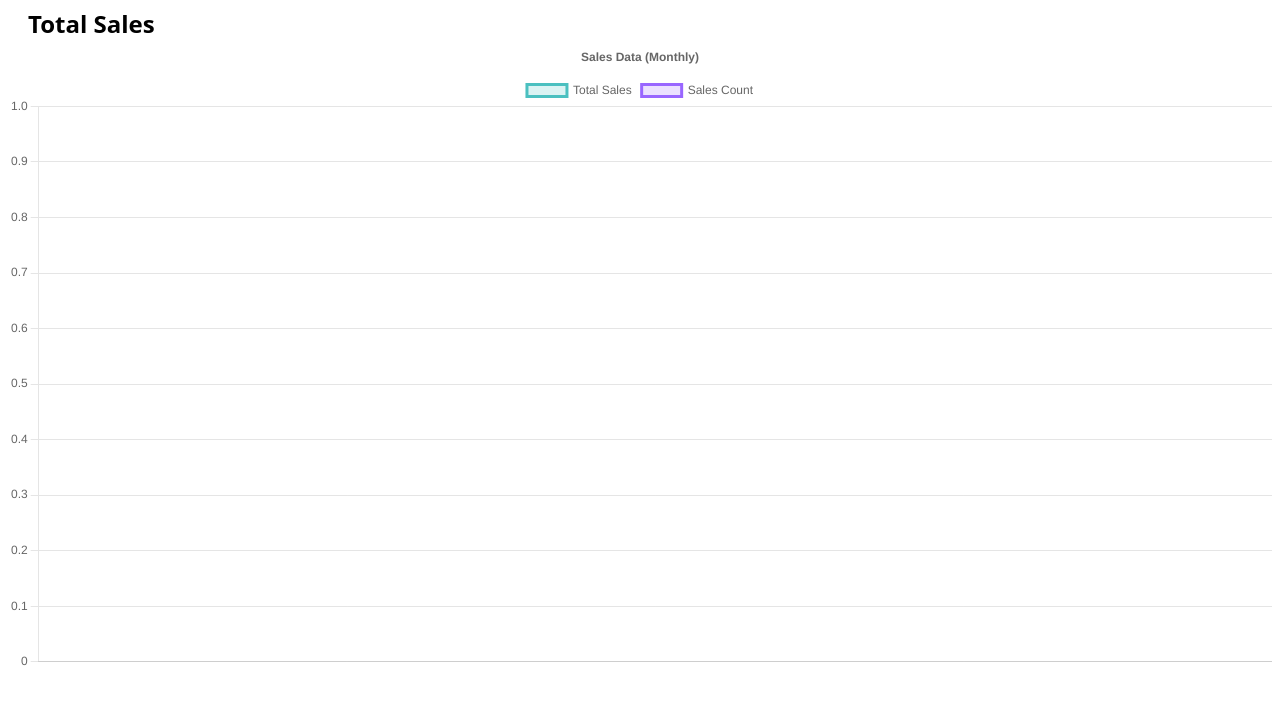
Repository: Qu4ntumGuy/visualize-it
Page: / (app in frontend/)
The author's editor kept a copy of each file at every save. The page is drawn from the files as they stood at one save, then again after a run of saves.
The browser window is 1280 px wide. The pictures show the whole page.
The page's requests for data from a server got no answer. The project was rebuilt for these pictures with package versions that can differ from the ones it lists, and the page was loaded fresh each time. No one was signed in, and anything a server would have sent is missing.

Above is the page before, as saved 2024-08-19 14:24:52.

### frontend/src/App.js
import axios from "axios";
import TotalSales from "./Components/TotalSales";
import { useEffect, useState } from "react";

function App() {
  const [data, setData] = useState([]);
  const [dataType, setDataType] = useState("monthly");

  const fetchSalesData = async () => {
    try {
      const response = await axios.get(
        "http://localhost:8000/api/monthlyTotalSales"
      );
      // console.log(response.data.data);
      setData(response.data.data);
    } catch (error) {
      console.error(error);
    }
  };

  useEffect(() => {
    fetchSalesData();
  }, []);

  return (
    <div className="h-screen overflow-hidden">
      <div className="h-screen overflow-y-auto p-2 max-w-7xl mx-auto">
        <div className=" text-2xl font-semibold ml-5">Total Sales</div>
        <TotalSales dataType={dataType} fetchedData={data} />
        <div></div>
      </div>
    </div>
  );
}

export default App;

### frontend/src/Components/TotalSales.js
import React from "react";
import { Line } from "react-chartjs-2";
import {
  Chart as ChartJS,
  CategoryScale,
  LinearScale,
  PointElement,
  LineElement,
  Title,
  Tooltip,
  Legend,
} from "chart.js";

// Register the necessary components with Chart.js
ChartJS.register(
  CategoryScale,
  LinearScale,
  PointElement,
  LineElement,
  Title,
  Tooltip,
  Legend
);

const TotalSales = ({ dataType, fetchedData }) => {
  console.log(dataType, fetchedData);
  const salesData = fetchedData;
  const labels = salesData.map((item) =>
    dataType === "monthly"
      ? `${item._id.month}/${item._id.year}`
      : `${item._id.quarter}/${item._id.year}`
  );

  const data = {
    labels,
    datasets: [
      {
        label: "Total Sales",
        data: salesData.map((item) => item.totalSales),
        borderColor: "rgba(75, 192, 192, 1)",
        backgroundColor: "rgba(75, 192, 192, 0.2)",
        fill: true,
        tension: 0.3,
      },
      {
        label: "Sales Count",
        data: salesData.map((item) => item.count),
        borderColor: "rgba(153, 102, 255, 1)",
        backgroundColor: "rgba(153, 102, 255, 0.2)",
        fill: true,
        tension: 0.3,
      },
    ],
  };

  const options = {
    responsive: true,
    plugins: {
      legend: {
        position: "top",
      },
      title: {
        display: true,
        text: `Sales Data (${
          dataType.charAt(0).toUpperCase() + dataType.slice(1)
        })`,
      },
    },
    scales: {
      y: {
        beginAtZero: true,
      },
    },
  };

  return <Line data={data} options={options} />;
};

export default TotalSales;

### frontend/src/Components/Dropdown.js
import React, { useState, useEffect, useRef } from "react";
import { useTheme } from "next-themes";

const Dropdown = ({ options, onSelect }) => {
  const [isOpen, setIsOpen] = useState(false);
  const [selectedOption, setSelectedOption] = useState(options[0] || null);
  const dropdownRef = useRef(null);

  const handleSelectOption = (option) => {
    setSelectedOption(option);
    onSelect(option.value);
    setIsOpen(false);
  };

  const handleClickOutside = (event) => {
    if (dropdownRef.current && !dropdownRef.current.contains(event.target)) {
      setIsOpen(false);
    }
  };

  useEffect(() => {
    document.addEventListener("click", handleClickOutside, true);
    return () => {
      document.removeEventListener("click", handleClickOutside, true);
    };
  }, []);

  return (
    <div ref={dropdownRef} className="relative h-full">
      <button
        onClick={() => setIsOpen(!isOpen)}
        className={`inline-flex w-full justify-between border h-full items-center p-2 px-3 ${
          theme === "light"
            ? "border-gray-300 hover:bg-gray-100"
            : "border-gray-700 hover:bg-gray-800"
        } rounded-md shadow-sm  focus:outline-none `}
      >
        {selectedOption ? selectedOption.label : "Select an option"}
        <svg
          className="-mr-1 ml-2 h-5 w-5"
          xmlns="http://www.w3.org/2000/svg"
          viewBox="0 0 20 20"
          fill="currentColor"
          aria-hidden="true"
        >
          <path
            fillRule="evenodd"
            d="M6.293 7.293a1 1 0 011.414 0L10 9.586l2.293-2.293a1 1 0 111.414 1.414l-3 3a1 1 0 01-1.414 0l-3-3a1 1 0 010-1.414z"
            clipRule="evenodd"
          />
        </svg>
      </button>

      {isOpen && (
        <div
          className={` ${
            theme === "light"
              ? "bg-gray-300 text-black"
              : "bg-gray-900 text-gray-300"
          } origin-top-right absolute right-0 mt-2 w-full rounded-md shadow-lg focus:outline-none z-10`}
        >
          <div
            className=""
            role="menu"
            aria-orientation="vertical"
            aria-labelledby="options-menu"
          >
            {options.map((option) => (
              <button
                key={option.value}
                onClick={() => handleSelectOption(option)}
                className={`block w-full text-left px-4 py-2 h-11 ${
                  theme === "light" ? "hover:bg-gray-200" : "hover:bg-gray-800"
                } focus:outline-none`}
                role="menuitem"
              >
                {option.label}
              </button>
            ))}
          </div>
        </div>
      )}
    </div>
  );
};

export default Dropdown;

Loaded but not shown: frontend/public/index.html (common file); frontend/src/index.js (common file); frontend/src/index.css (common file); frontend/src/reportWebVitals.js (common file); frontend/tailwind.config.js (common file)

After the next 5 saves:
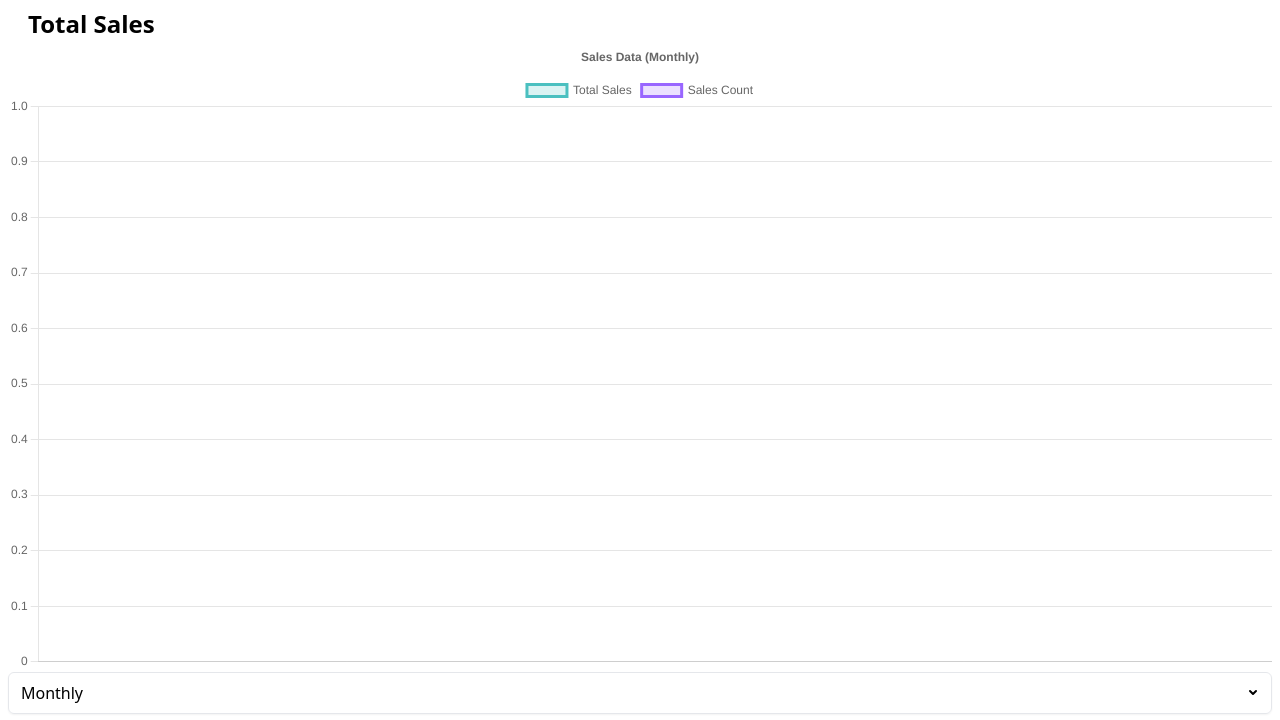
The 5 saves are shown as one change because 4 did not build or start.
The last was saved 12 min 3 s later.
--- a/frontend/src/App.js
+++ b/frontend/src/App.js
@@ -1,10 +1,15 @@
 import axios from "axios";
 import TotalSales from "./Components/TotalSales";
 import { useEffect, useState } from "react";
+import Dropdown from "./Components/Dropdown";
 
 function App() {
   const [data, setData] = useState([]);
   const [dataType, setDataType] = useState("monthly");
+
+  const handleSelect = (option) => {
+    setInputType(option);
+  };
 
   const fetchSalesData = async () => {
     try {
@@ -27,7 +32,17 @@ function App() {
       <div className="h-screen overflow-y-auto p-2 max-w-7xl mx-auto">
         <div className=" text-2xl font-semibold ml-5">Total Sales</div>
         <TotalSales dataType={dataType} fetchedData={data} />
-        <div></div>
+        <div>
+          <Dropdown
+            options={[
+              { value: "monthlyTotalSales", label: "Monthly" },
+              { value: "dailyTotalSales", label: "Daily" },
+              { value: "quarterlyTotalSales", label: "Quarterly" },
+              { value: "yearlyTotalSales", label: "Yearly" },
+            ]}
+            onSelect={handleSelect}
+          />
+        </div>
       </div>
     </div>
   );
--- a/frontend/src/Components/Dropdown.js
+++ b/frontend/src/Components/Dropdown.js
@@ -29,11 +29,7 @@ const Dropdown = ({ options, onSelect }) => {
     <div ref={dropdownRef} className="relative h-full">
       <button
         onClick={() => setIsOpen(!isOpen)}
-        className={`inline-flex w-full justify-between border h-full items-center p-2 px-3 ${
-          theme === "light"
-            ? "border-gray-300 hover:bg-gray-100"
-            : "border-gray-700 hover:bg-gray-800"
-        } rounded-md shadow-sm  focus:outline-none `}
+        className={`inline-flex w-full justify-between border h-full items-center p-2 px-3 rounded-md shadow-sm  focus:outline-none `}
       >
         {selectedOption ? selectedOption.label : "Select an option"}
         <svg
